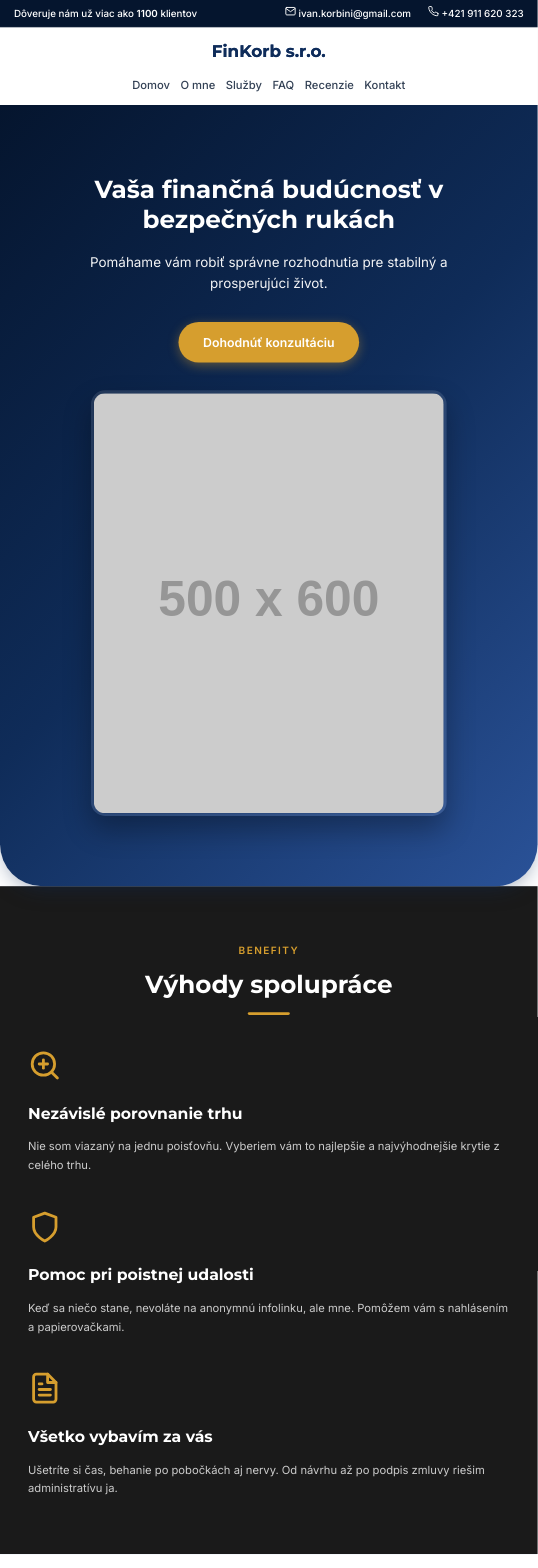
Repository: IvanK03/personal_web
Page: web/index.html
An editor plug-in stored every save of this project. The page is shown before and after the next save, followed by the edit.
The browser window is 768 px wide. The pictures show the part of the page from y = 0 to 2240 px (the page is 4308 px tall before and 4341 px after), at 70% of full size.

Above is the page before, as saved 2026-02-22 13:03:20.

After the next save:
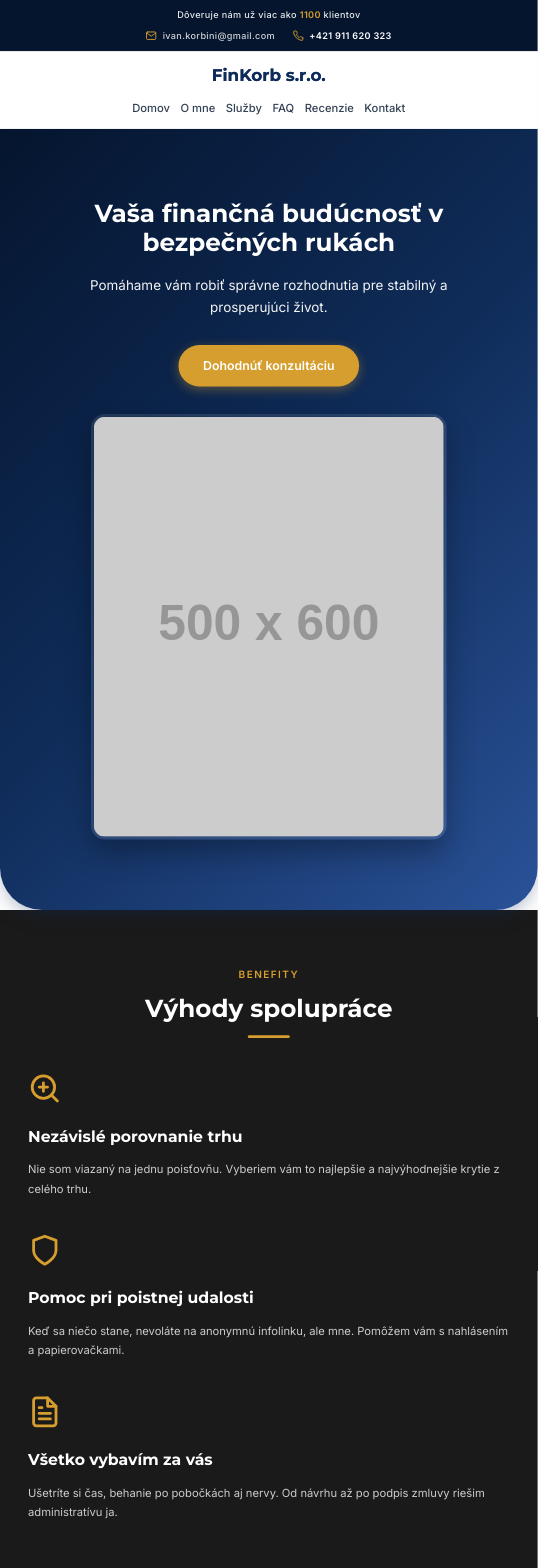
Saved 5 s later.
--- a/web/style.css
+++ b/web/style.css
@@ -95,53 +95,53 @@
 .top-bar {
     background-color: #05152e; /* Veľmi tmavá modrá, takmer čierna */
     color: var(--white);
-    padding: 8px 20px;
-    font-size: 14px;
+    padding: 10px 20px;
+    font-size: 13px;
     font-weight: 500;
     display: flex;
     justify-content: space-between;
     align-items: center;
     border-bottom: 1px solid rgba(255, 255, 255, 0.05);
-}
-
-.top-bar-right a {
-    color: var(--white);
-    text-decoration: none;
-    margin-left: 20px;
-    transition: var(--transition);
-}
-
-.top-bar-right a:hover {
-    color: var(--accent-color);
-}
-
-/* Štýl pre telefónne tlačidlo v hornej lište */
-.phone-btn {
-    background-color: var(--white);
-    color: var(--primary-color) !important; /* Prepíšeme farbu odkazu */
-    padding: 4px 12px;
-    border-radius: 15px;
+    letter-spacing: 0.5px;
+}
+
+.top-bar-right {
+    display: flex;
+    align-items: center;
+    gap: 25px;
+}
+
+.contact-link {
+    display: flex;
+    align-items: center;
+    gap: 8px;
+    color: rgba(255, 255, 255, 0.8);
+    transition: var(--transition);
+    font-weight: 500;
+}
+
+.contact-link svg {
+    width: 16px;
+    height: 16px;
+    color: var(--accent-color); /* Zlatá farba ikon */
+}
+
+.contact-link:hover {
+    color: var(--white);
+}
+
+.phone-highlight {
+    color: var(--white);
     font-weight: 600;
-    font-size: 13px;
-    display: inline-block;
-}
-
-.pulse-number {
-    color: var(--accent-color);
-    font-weight: 800;
-    font-size: 1.1em;
-    animation: pulse-gold 2s infinite;
-}
-
-@keyframes pulse-gold {
-    0% { text-shadow: 0 0 0 rgba(214, 158, 46, 0.4); }
-    50% { text-shadow: 0 0 10px rgba(214, 158, 46, 0.8); color: #ecc94b; }
-    100% { text-shadow: 0 0 0 rgba(214, 158, 46, 0.4); }
-}
-
-.phone-btn:hover {
-    background-color: #e2e8f0;
-    transform: translateY(-1px);
+}
+
+.trust-text {
+    color: rgba(255, 255, 255, 0.9);
+}
+
+.highlight-number {
+    color: var(--accent-color);
+    font-weight: 700;
 }
 
 /* Štýl pre prilepenú hlavičku pri scrollovaní */
@@ -627,6 +627,12 @@
         width: 100%;
     }
 
+    .top-bar {
+        flex-direction: column;
+        gap: 10px;
+        text-align: center;
+    }
+
     section {
         padding: 60px 20px;
     }
